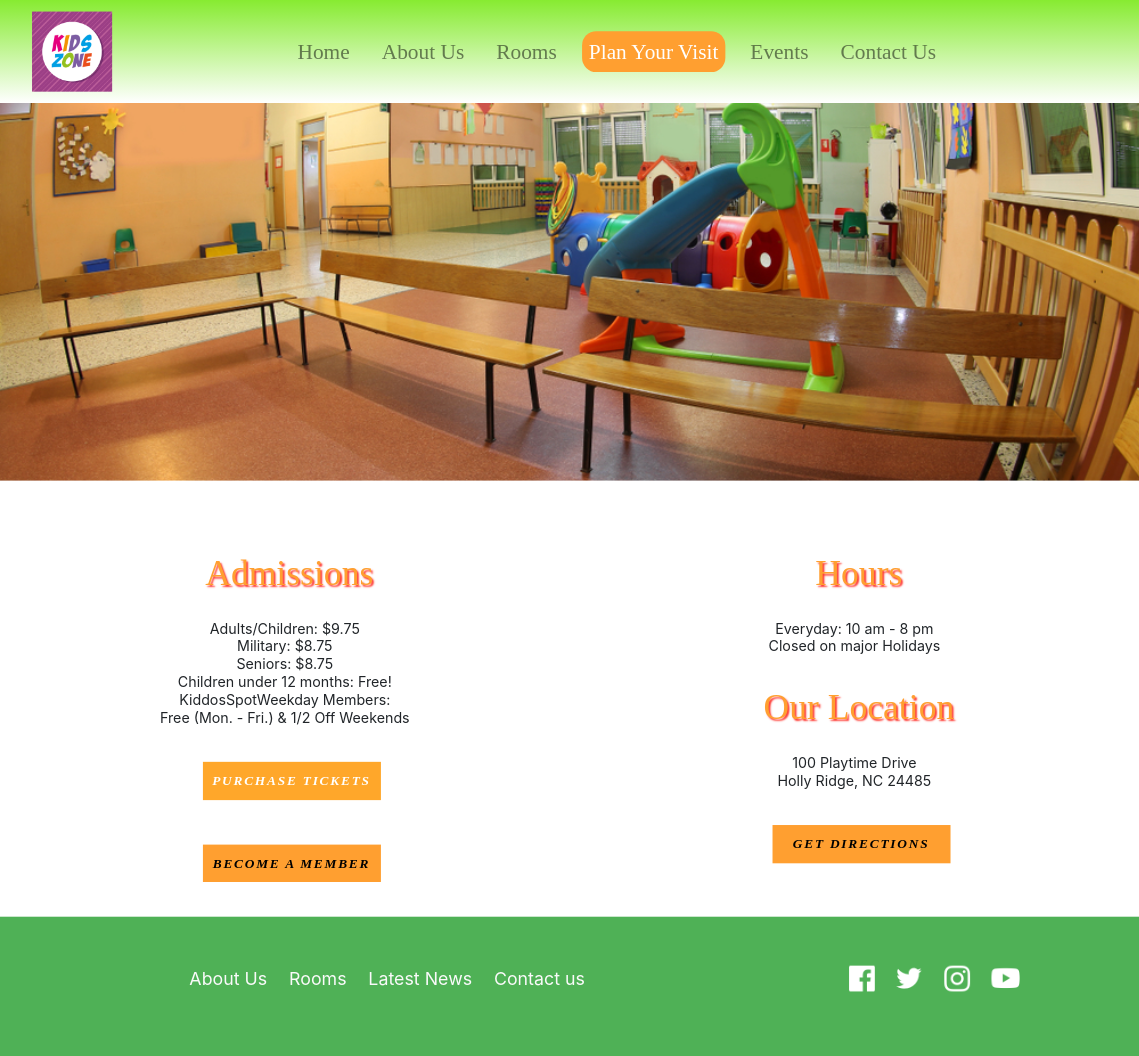
Repository: Code-Institute-Submissions/my-first-frontend-milestone-project
Page: planyourvisit.html
The author's editor kept a record of every edit. The page is drawn from the files as they stood at one moment, then again after the next edit.
The browser window is 1280 px wide. The pictures show the whole page, at 89% of full size.
The pointer rests on the first visible `.gettickets-btn`.
Some web fonts or font styles are not loaded; a fallback is used.

Above is the page before.

After the next edit:
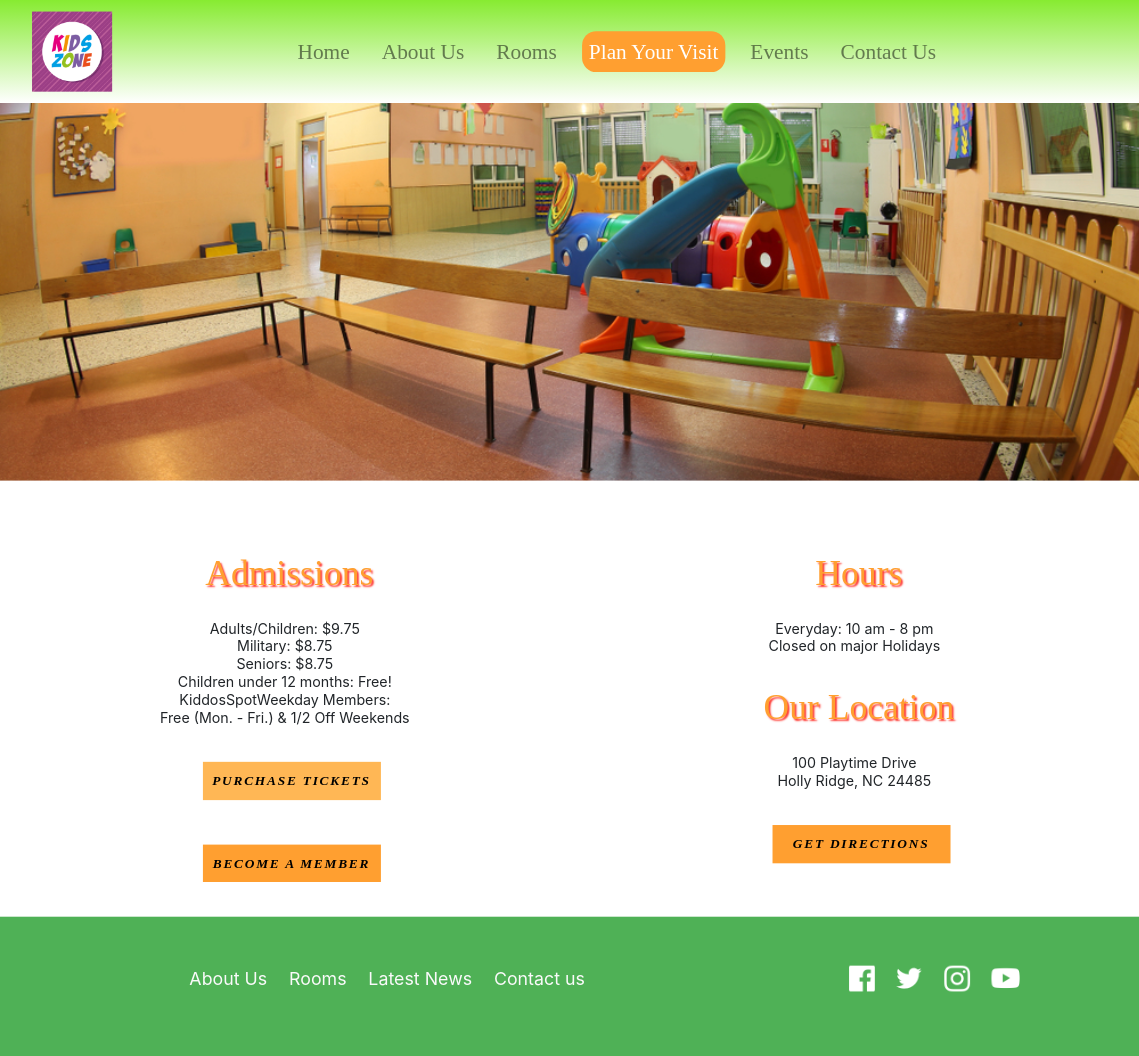
The edit:
--- a/css/style.css
+++ b/css/style.css
@@ -488,8 +488,8 @@
 }
 
  .gettickets-btn:hover {
-    background:#FFA72A;   /*#FF9F30;*/
-    color:white;
+    background:#FFB755;   /*#FF9F30;*/
+    color:black;
     text-decoration: none;
 }
 
